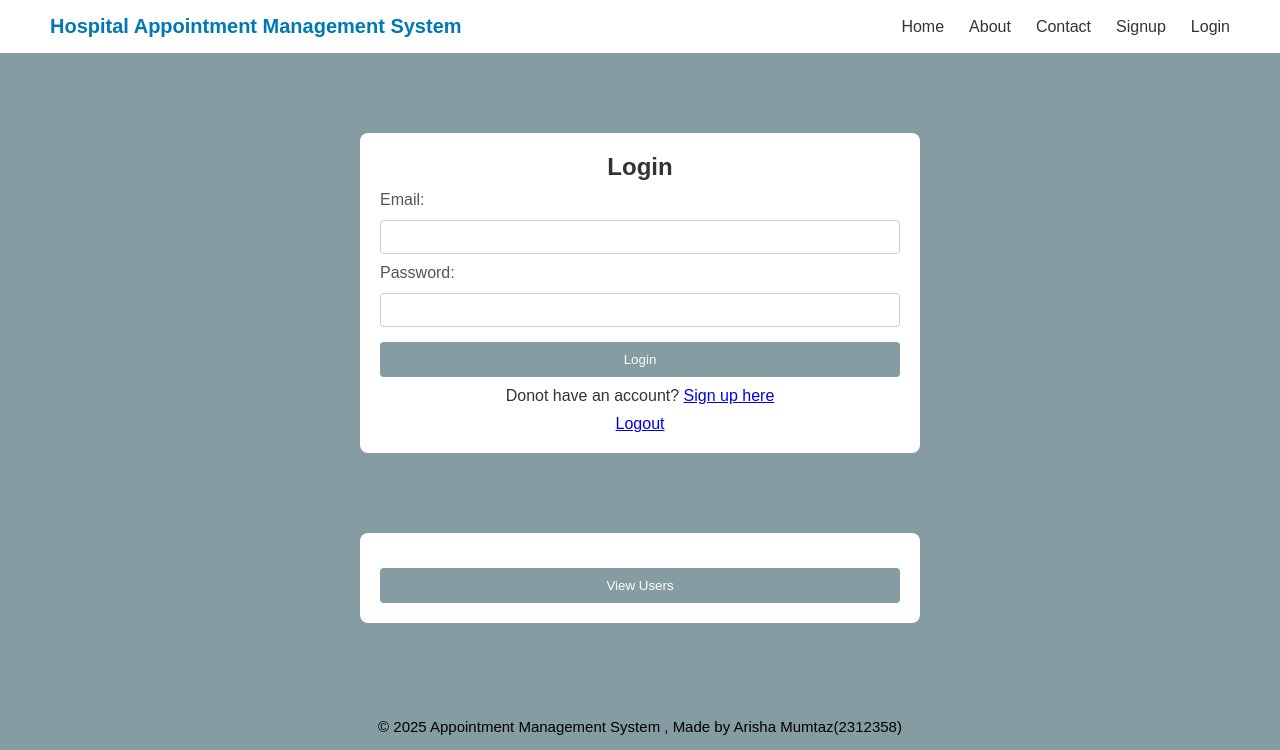
Repository: Arisha004/hospital-management-midterm-
Page: http://localhost/login.php
These files come from the project's save history. The page is drawn as it stood at one moment and after the next save; the edit follows.
The browser window is 1280 px wide. The pictures show the whole page.
The page is run by PHP 8.4 with error messages shown; the project is at /var/www/html/.

Above is the page before, as saved 2025-11-02 23:19:39.

After the next save:
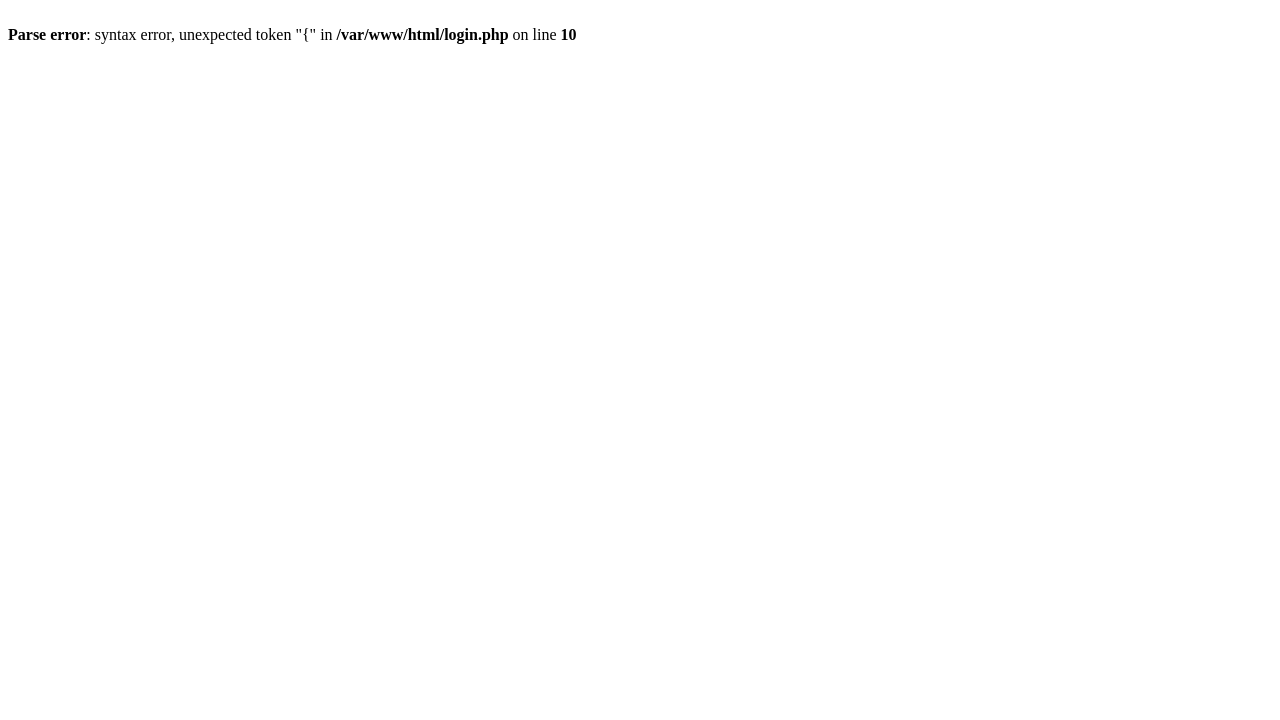
Saved 5 min 30 s later.
--- a/login.php
+++ b/login.php
@@ -6,8 +6,7 @@
   $password = $_POST["password"];
 
   $sql = "SELECT * FROM users WHERE email='$email'";
-  $result = mysqli_query($conn, $sql);
-
+  $result = $conn->
   if ($result->num_rows > 0) {
     $row=$result->fetch_assoc();
 

After the save that followed:
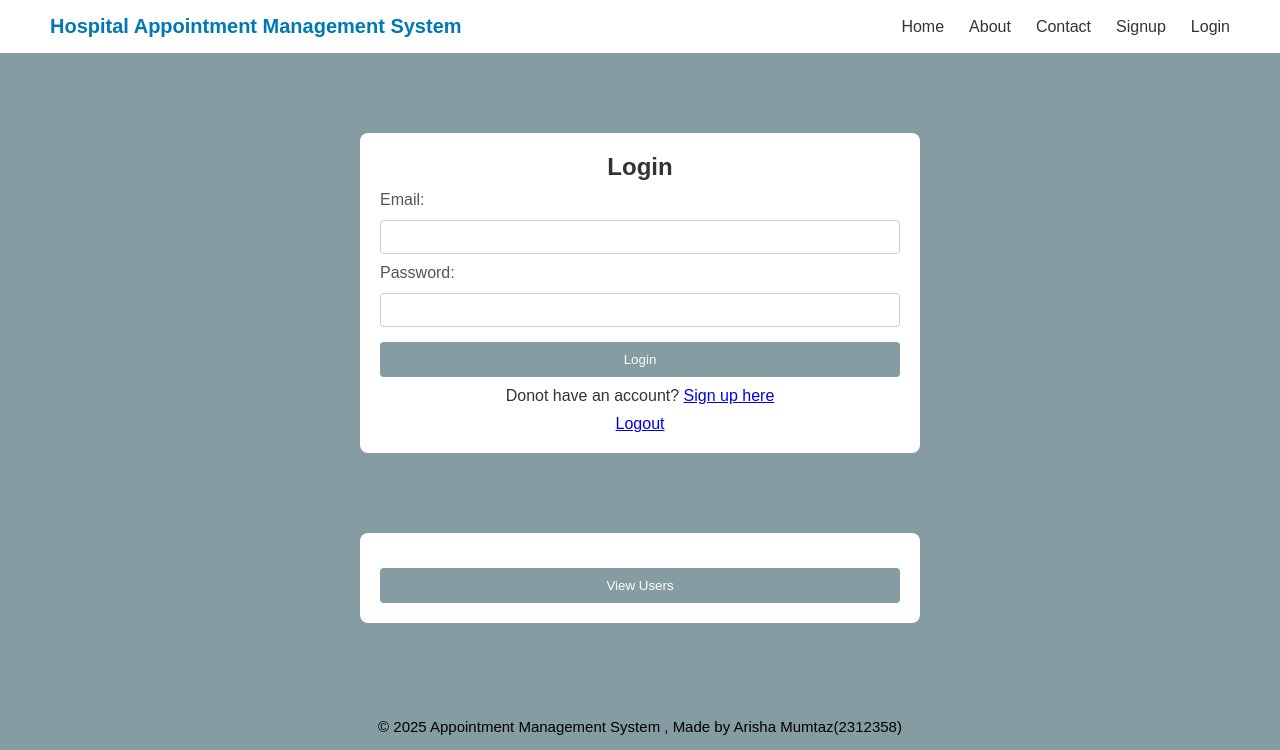
Saved 6 s later.
--- a/login.php
+++ b/login.php
@@ -6,7 +6,7 @@
   $password = $_POST["password"];
 
   $sql = "SELECT * FROM users WHERE email='$email'";
-  $result = $conn->
+  $result = $conn->query($sql);
   if ($result->num_rows > 0) {
     $row=$result->fetch_assoc();
 
